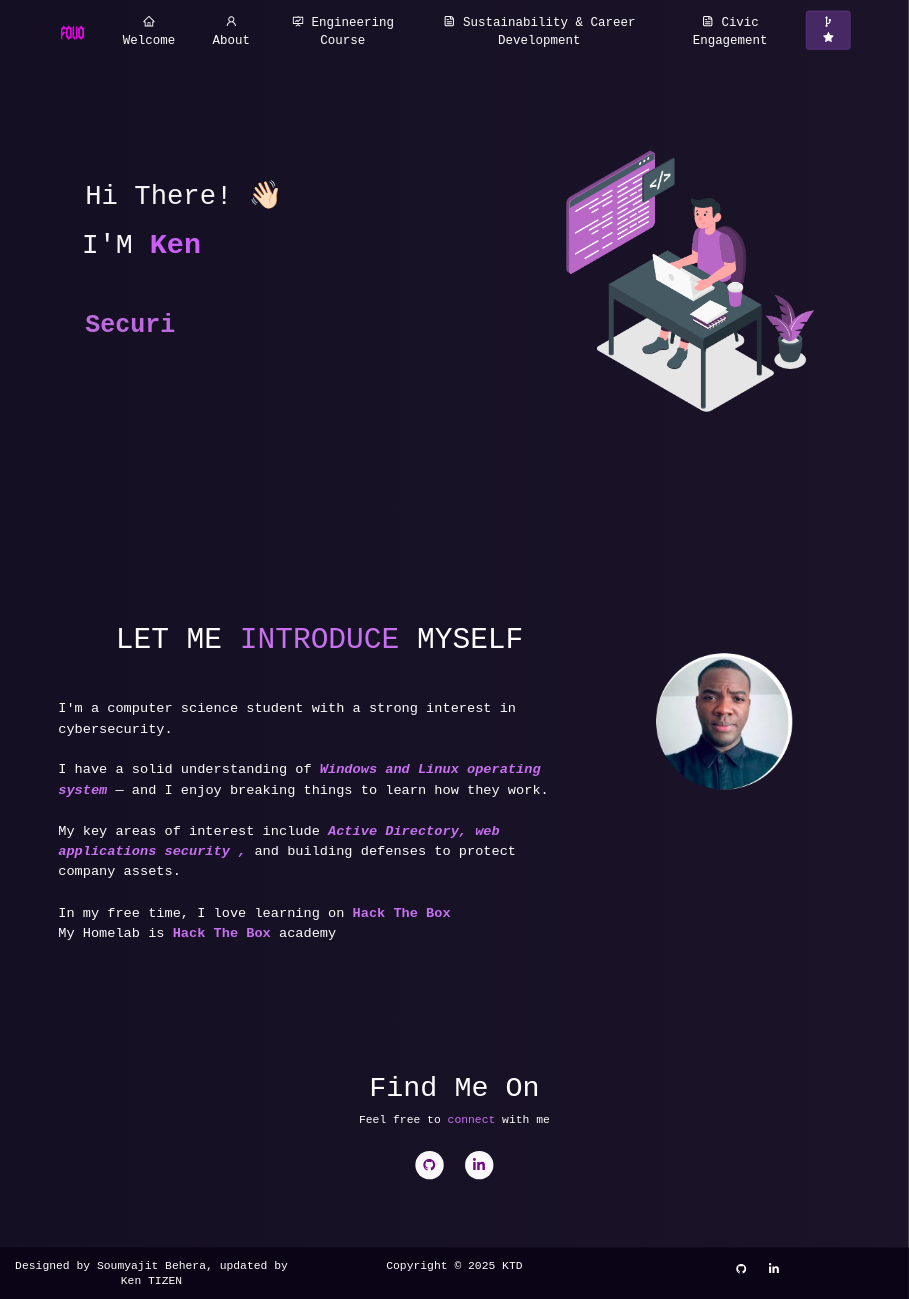
Repository: KenTizen17/ktdportfolio
Page: /
These files come from the project's save history. The page is drawn as it stood at one moment and after the next save; the edit follows.
The browser window is 1280 px wide. The pictures show the whole page, at 71% of full size.
Some web fonts or font styles are not loaded; a fallback is used. The project was rebuilt for these pictures with package versions that can differ from the ones it lists, and the page was loaded fresh each time. Also part of the build but not shown: src/components/About/Github.js, src/components/About/Techstack.js, src/components/About/AboutCard.js, src/components/About/Toolstack.js, src/components/About/About.js, src/components/Projects/ProjectCards.js, src/components/Projects/Projects.js, src/components/Resume/ResumeNew.js and 3 more. Imported but missing from the stored project, and not drawn on this page: src/Assets/CVKEN.pdf, src/Assets/CVKENFrench1.pdf, src/Assets/Ken_TIZEN-CEP.pdf.

Above is the page before, as saved 2025-11-30 18:15:35.

### public/index.html
<!DOCTYPE html>
<html lang="en">
  <head>
    <meta charset="utf-8" />
    <link rel="icon" href="%PUBLIC_URL%/favicon.png" />
    <meta name="viewport" content="width=device-width, initial-scale=1" />
    <meta name="theme-color" content="#000000" />
    <meta
      name="description"
      content="Web site created using create-react-app"
    />
    <link rel="manifest" href="%PUBLIC_URL%/manifest.json" />
    <title>Ken | Portfolio</title>
    <meta name="description" content="Forked website build with React.js" />

    <!-- Google / Search Engine Tags -->
    <meta itemprop="name" content="Ken | Portfolio" />
    <meta itemprop="description" content="Forked website build with React.js" />
    <meta
      itemprop="image"
      content="https://raw.githubusercontent.com/soumyajit4419/Portfolio/master/Images/readme-img.png?token=AK7VCIF5RYEUZZAURELPTAC76U6AK"
    />
  </head>

  <body>
    <noscript>You need to enable JavaScript to run this app.</noscript>
    <div id="root"></div>
  </body>
</html>

### src/App.js
import React, { useState, useEffect } from "react";
import Preloader from "../src/components/Pre";
import Navbar from "./components/Navbar";
import Home from "./components/Home/Home";
import About from "./components/About/About";
import Projects from "./components/Projects/Projects";
import Footer from "./components/Footer";
import Resume from "./components/Resume/ResumeNew";
import Civic from "./components/Civic/Civic";
import {
  BrowserRouter as Router,
  Route,
  Routes,
  Navigate
} from "react-router-dom";
import ScrollToTop from "./components/ScrollToTop";
import "./style.css";
import "./App.css";
import "bootstrap/dist/css/bootstrap.min.css";

function App() {
  const [load, upadateLoad] = useState(true);

  useEffect(() => {
    const timer = setTimeout(() => {
      upadateLoad(false);
    }, 1200);

    return () => clearTimeout(timer);
  }, []);

  return (
    <Router>
      <Preloader load={load} />
      <div className="App" id={load ? "no-scroll" : "scroll"}>
        <Navbar />
        <ScrollToTop />
        <Routes>
          <Route path="/" element={<Home />} />
          <Route path="/project" element={<Projects />} />
          <Route path="/about" element={<About />} />
          <Route path="/resume" element={<Resume />} />
          <Route path="/civic" element={<Civic />} />
          <Route path="*" element={<Navigate to="/"/>} />
        </Routes>
        <Footer />
      </div>
    </Router>
  );
}

export default App;

### src/components/Footer.js
import React from "react";
import { Container, Row, Col } from "react-bootstrap";
import {
  AiFillGithub,
} from "react-icons/ai";
import { FaLinkedinIn } from "react-icons/fa";

function Footer() {
  let date = new Date();
  let year = date.getFullYear();
  return (
    <Container fluid className="footer">
      <Row>
        <Col md="4" className="footer-copywright">
          <h3>Designed by Soumyajit Behera, updated by Ken TIZEN</h3>
        </Col>
        <Col md="4" className="footer-copywright">
          <h3>Copyright © {year} KTD</h3>
        </Col>
        <Col md="4" className="footer-body">
          <ul className="footer-icons">
            <li className="social-icons">
              <a
                href="https://github.com/KenTizen17"
                style={{ color: "white" }}
                target="_blank"
                rel="noopener noreferrer"
              >
                <AiFillGithub />
              </a>
            </li>
            <li className="social-icons">
              <a
                href="www.linkedin.com/in/ken-tizen-djongue"
                style={{ color: "white" }}
                target="_blank"
                rel="noopener noreferrer"
              >
                <FaLinkedinIn />
              </a>
            </li>
          </ul>
        </Col>
      </Row>
    </Container>
  );
}

export default Footer;

### src/style.css
html {
  --section-background-color: linear-gradient(
    to bottom left,
    rgba(17, 16, 16, 0.582),
    rgba(12, 8, 24, 0.904)
  );

  --image-gradient: linear-gradient(
    to bottom left,
    rgba(17, 16, 16, 0.678),
    rgba(12, 10, 22, 0.863)
  );

  --imp-text-color: #c770f0;
}

.purple {
  color: var(--imp-text-color) !important;
}

button:focus {
  box-shadow: none !important;
}

/* --------- */
/*  Preloader */
/* --------- */
#preloader {
  position: fixed;
  top: 0;
  left: 0;
  width: 100%;
  height: 100%;
  z-index: 999999;
  background-color: #0c0513;
  background-image: url(./Assets/pre.svg);
  background-repeat: no-repeat;
  background-position: center;
}

#preloader-none {
  opacity: 0;
}

/* #preloader-none {
  opacity: 0;
  display: none;
} */

#no-scroll {
  overflow: hidden;
  height: 100vh;
}

/* --------- */
/*Scrollbar   */
/* --------- */

::-webkit-scrollbar {
  width: 7px;
}

/* Track */
::-webkit-scrollbar-track {
  background: #2d1950;
}

/* Handle */
::-webkit-scrollbar-thumb {
  background: rgba(178, 121, 216, 0.959);
  border-radius: 12px;
}

/* Handle on hover */
::-webkit-scrollbar-thumb:hover {
  background: rgba(222, 130, 235, 0.911);
  border-radius: 12px;
}

/* --------- */
/* Navbar Section  */
/* --------- */
.sticky {
  background-color: #1b1a2ea9 !important;
  transition: all 0.3s ease-out 0s !important;
  box-shadow: 0px 10px 10px 0px rgba(9, 5, 29, 0.171) !important;
  backdrop-filter: blur(15px) !important;
}

.navbar {
  position: fixed !important;
  transition: all 0.3s ease-out 0s !important;
  padding: 0.3rem 2rem !important;
  font-size: 1.1rem !important;
}

.navbar-toggler {
  position: relative !important;
  background-color: transparent !important;
  border-color: transparent !important;
}

.navbar-toggler span {
  display: block !important;
  background-color: #be50f4 !important;
  height: 4px !important;
  width: 27px !important;
  margin-top: 5px !important;
  margin-bottom: 5px !important;
  transform: rotate(0deg) !important;
  left: 0 !important;
  opacity: 1 !important;
}

.navbar-toggler:focus,
.navbar-toggler:active {
  outline: 0 !important;
}

.navbar-toggler span:nth-child(1),
.navbar-toggler span:nth-child(3) {
  transition: transform 0.35s ease-in-out !important;
  transition: transform 0.35s ease-in-out !important;
}

.navbar-toggler:not(.collapsed) span:nth-child(1) {
  position: absolute !important;
  left: 12px !important;
  top: 10px !important;
  transform: rotate(135deg) !important;
  opacity: 0.9 !important;
}

.navbar-toggler:not(.collapsed) span:nth-child(2) {
  height: 12px !important;
  visibility: hidden !important;
  background-color: transparent !important;
}

.navbar-toggler:not(.collapsed) span:nth-child(3) {
  position: absolute !important;
  left: 12px !important;
  top: 10px !important;
  transform: rotate(-135deg) !important;
  opacity: 0.9 !important;
}

@media (max-width: 767px) {
  .navbar {
    padding: 1rem 2rem !important;
    font-size: 1.4rem !important;
    background-color: #181a27 !important;
  }
  .navbar-nav .nav-item a::after {
    display: none !important;
  }
}
.navbar-brand {
  color: rgb(250, 250, 250) !important;
}

.logo {
  height: 1.4em !important;
  width: 2.5em !important;
}

.navbar-nav .nav-link {
  color: white !important;
  padding-right: 1rem !important;
  padding-left: 1rem !important;
}

.nav-link {
  padding: 0.8rem 1rem !important;
}

@media (max-width: 767px) {
  .nav-link {
    padding: 0.7rem 1rem !important;
  }
}

.navbar-nav .nav-item {
  position: relative;
  margin-left: 20px;
}

.navbar-nav .nav-item a {
  font-weight: 400;
  transition: all 0.3s ease-out 0s;
  position: relative;
  z-index: 1;
}

.navbar-nav .nav-item a::after {
  content: "";
  position: relative;
  display: block;
  height: 5px;
  width: 0;
  border-radius: 16px;
  background: #c95bf5;
  bottom: 1px;
  left: 0;
  z-index: -1;
  transition: all 0.3s ease-out 0s;
}

.navbar-nav .nav-item a:hover::after {
  width: 100%;
}

/* --------- */
/* Home section */
/* --------- */
.wave {
  animation-name: wave-animation; /* Refers to the name of your @keyframes element below */
  animation-duration: 2.1s; /* Change to speed up or slow down */
  animation-iteration-count: infinite; /* Never stop waving :) */
  transform-origin: 70% 70%; /* Pivot around the bottom-left palm */
  display: inline-block;
}

@keyframes wave-animation {
  0% {
    transform: rotate(0deg);
  }
  10% {
    transform: rotate(14deg);
  } /* The following five values can be played with to make the waving more or less extreme */
  20% {
    transform: rotate(-8deg);
  }
  30% {
    transform: rotate(14deg);
  }
  40% {
    transform: rotate(-4deg);
  }
  50% {
    transform: rotate(10deg);
  }
  60% {
    transform: rotate(0deg);
  } /* Reset for the last half to pause */
  100% {
    transform: rotate(0deg);
  }
}
#tsparticles {
  position: fixed !important;
  background-repeat: no-repeat !important;
  background-size: cover !important;
  width: 100%;
  height: 100%;
}

.home-header {
  padding-top: 80px !important;
}

.home-section {
  position: relative;
  z-index: -1;
  /* background-image: var(--image-gradient), url(./Assets/home-bg.jpg); */
  background-position: top center;
  background-repeat: no-repeat;
  padding-bottom: 30px !important;
  padding-top: 30px !important;
}

.home-content {
  padding: 9rem 0 2rem !important;
  color: whitesmoke;
  text-align: left;
}

.heading {
  font-size: 2.4em !important;
  padding-left: 50px !important;
}

.heading-name {
  font-size: 2.5em !important;
  padding-left: 45px !important;
}

.main-name {
  color: #cd5ff8;
}

.Typewriter__wrapper {
  font-size: 2.2em !important;
  color: #be6adf !important;
  font-weight: 600 !important;
}
.Typewriter__cursor {
  font-size: 2.4em !important;
  color: #b562d6 !important;
}

@media (max-width: 767px) {
  .Typewriter__wrapper {
    font-size: 1.4em !important;
    font-weight: 500 !important;
    position: absolute !important;
  }
  .Typewriter__cursor {
    display: none !important;
  }
}

.myAvtar {
  justify-content: center !important;
  padding-top: 9em !important;
}

@media (max-width: 767px) {
  .myAvtar {
    padding-top: 2em !important;
    padding-bottom: 2em !important;
  }
}

.home-about-section {
  position: relative;
  padding-bottom: 70px !important;
  padding-top: 70px !important;
}

.home-about-description {
  color: white !important;
  padding-top: 100px !important;
  padding-bottom: 20px !important;
  text-align: center;
}

.home-about-body {
  padding-top: 50px;
  font-size: 1.2em !important;
  text-align: left;
}

.home-about-social {
  text-align: center !important;
  padding-top: 25px;
  color: white !important;
}

.home-about-social-links {
  justify-content: center !important;
  padding-top: 15px !important;
  display: inline-block !important;
  position: relative !important;
  padding-inline-start: 0 !important;
}

.home-social-icons {
  position: relative !important;
  display: inline-block !important;
  width: 40px !important;
  height: 40px !important;
  text-align: center !important;
  font-size: 1.2em !important;
  line-height: 2em !important;
  background: rgba(255, 255, 255, 0.972) !important;
  border-radius: 50% !important;
  transition: 0.5s !important;
}

.home-social-icons::before {
  content: "";
  position: absolute;
  top: 0;
  left: 0;
  width: 100%;
  height: 100%;
  border-radius: 50%;
  background: #68187a;
  transition: 0.5s;
  transform: scale(0.9);
  z-index: -1;
}

.home-social-icons:hover::before {
  transform: scale(1.1);
  box-shadow: 0 0 15px #801f95;
}

.home-social-icons:hover {
  color: #87209e;
  box-shadow: 0 0 5px #87209e;
  text-shadow: 0 0 2px #87209e;
}

.social-icons {
  display: inline-block !important;
  padding-right: 15px;
  padding-left: 15px;
}

.icon-colour {
  color: #700c86 !important;
}

/* --------- */
/* Footer */
/* --------- */
.footer {
  background-color: rgb(10, 4, 22);
  bottom: 0 !important;
  padding-top: 10px !important;
  padding-bottom: 8px !important ;
}
.footer-copywright {
  text-align: center !important;
}

.footer-body {
  z-index: 1;
  text-align: center !important;
}

@media (max-width: 767px) {
  .footer-copywright {
    text-align: center !important;
  }

  .footer-body {
    text-align: center !important;
  }
}

.footer h3 {
  font-size: 1em;
  color: white !important;
  margin-top: 0.5em !important;
  margin-bottom: 0.5em !important;
}
.footer-icons {
  margin-top: 0.5em !important;
  margin-bottom: 0.5em !important;
  padding: 0 !important;
}

.blockquote-footer {
  color: #a588c0 !important;
}
/* --------- */
/* Projects */
/* --------- */
.project-section {
  position: relative !important;
  padding-top: 150px !important;
  padding-bottom: 30px !important;
  background-image: var(--section-background-color) !important;
}

.project-card {
  padding-top: 50px !important;
  padding-bottom: 50px !important;
  padding-left: 25px !important;
  padding-right: 25px !important;
  height: auto !important;
}

.project-card-view {
  box-shadow: 0 4px 5px 3px rgba(119, 53, 136, 0.459) !important;
  color: white !important;
  background-color: transparent !important;
  opacity: 0.9 !important;
  transition: all 0.5s ease 0s !important;
  height: 100% !important;
}
.project-card-view:hover {
  transform: scale(1.02) !important;
  overflow: hidden !important;
  box-shadow: 0 4px 4px 5px rgba(129, 72, 144, 0.561) !important;
}

.blog-card {
  padding-top: 50px !important;
  padding-bottom: 50px !important;
  padding-left: 25px !important;
  padding-right: 25px !important;
  height: auto !important;
}

.blog-card-view {
  background-color: transparent !important;
  box-shadow: 0 3px 3px 2px rgba(145, 77, 161, 0.459) !important;
  color: white !important;
  transition: all 0.5s ease 0s !important;
  height: 100% !important;
}

.blog-link {
  color: white !important;
  text-decoration: none !important;
}

.blog-link:hover {
  cursor: pointer !important;
}

.blog-card-view:hover {
  transform: scale(1.02) !important;
  overflow: hidden !important;
  box-shadow: 0 3px 3px 5px rgba(155, 88, 173, 0.65) !important;
}

.card-img-top {
  padding: 20px !important;
  opacity: 0.8 !important;
  border-radius: 10px !important;
}

.blog-img {
  padding: 0px !important;
  opacity: 0.8 !important;
  border-radius: 0px !important;
}

.btn-primary {
  color: #fff !important;
  background-color: #623686 !important;
  border-color: #623686 !important;
}

.btn-primary:hover {
  color: #fff !important;
  background-color: #6d20c5d7 !important;
  border-color: #6d20c5d7 !important;
}
.btn:focus {
  outline: none !important;
  box-shadow: none !important;
}
.project-heading {
  color: white !important;
  font-size: 2.3em !important;
  font-weight: 500 !important;
  padding-top: 10px !important;
}

/* --------- */
/* About */
/* --------- */

.about-section {
  position: relative !important;
  padding-top: 150px !important;
  padding-bottom: 30px !important;
  /* background-image: var(--section-background-color) !important; */
  color: white !important;
}

.tech-icons {
  display: flex !important;
  align-self: center !important;
  justify-content: center !important;
  font-size: 1rem !important;
  margin: 15px !important;
  padding: 10px 20px !important;
  opacity: 0.93 !important;
  outline: 1.7px solid rgba(200, 137, 230, 0.637) !important;
  vertical-align: middle !important;
  text-align: center !important;
  border-radius: 24px !important;
  box-shadow: 4px 5px 4px 3px rgba(89, 4, 168, 0.137) !important;
  overflow: hidden !important;
  transition: all 0.4s ease 0s !important;
  width: fit-content !important;
  cursor: pointer !important;
  transition: outline-color 0.3s, outline-width 0.3s, transform 0.3s;
  color: white;
}

.tech-icons-text {
  display: flex;
  align-items: center;
  margin-left: 10px;
  color: white;
}

@media (max-width: 767px) {
  .tech-icons {
    margin: 10px !important;
  }
}

.tech-icons:hover {
  transform: scale(1.05) !important;
  overflow: hidden !important;
  outline: 2.2px solid rgba(197, 115, 230, 0.883) !important;
}
.tech-icon-images {
  height: 1.6rem;
  line-height: 1.6 !important;
}

.quote-card-view {
  border: none !important;
  color: white !important;
  background-color: transparent !important;
}

.about-activity {
  list-style: none !important;
  text-align: left !important;
  padding-left: 1px !important;
}

@media (max-width: 767px) {
  .about-img {
    padding-top: 0 !important;
  }
}
/* --------- */
/* Resume */
/* --------- */

.resume-section {
  position: relative !important;
  padding-top: 110px !important;
  padding-bottom: 30px !important;
  background-image: var(--section-background-color) !important;
  color: white !important;
}

.resume {
  padding-top: 50px;
  padding-bottom: 50px;
  justify-content: center;
}

.resume-left {
  padding-right: 80px !important;
}

.resume-right {
  padding-left: 80px !important;
}

@media (max-width: 767px) {
  .resume-left {
    padding-right: 15px !important;
    padding-left: 15px !important;
  }

  .resume-right {
    padding-right: 15px !important;
    padding-left: 15px !important;
  }
}
.resume .resume-title {
  font-size: 2em;
  font-weight: 700;
  padding-top: 30px;
  padding-bottom: 30px;
}

.resume .resume-item {
  padding: 0 0 10px 25px;
  margin-top: -2px;
  border-left: 2px solid #8a49a8;
  position: relative;
}

.resume .resume-item .resume-title {
  line-height: 18px;
  font-size: 0.9em;
  background: #5234795d;
  padding: 8px 15px;
  display: inline-block;
  font-weight: 600;
  margin-bottom: 10px;
}

.resume .resume-item ul {
  padding-left: 20px;
  text-align: justify;
}

.resume .resume-item ul li {
  padding-bottom: 10px;
  list-style: none;
}

.resume .resume-item:last-child {
  padding-bottom: 0;
}

.resume .resume-item::before {
  content: "";
  position: absolute;
  width: 16px;
  height: 16px;
  border-radius: 50px;
  left: -9px;
  top: 0;
  background: #fff;
  border: 2px solid #8a49a8;
}

.like-item {
  padding-top: 10px !important;
  font-size: 1.1em !important;
  font-family: sans-serif !important;
}

.like-btn {
  background-color: #934cce5e !important;
  border-color: #934cce5e !important;
  padding: 0.25rem 0.98rem !important;
  border-radius: 5px !important;
  line-height: 1.4 !important;
  transition: 0.3s ease !important;
}

.like-btn:hover {
  transform: translateY(-2px) !important;
  background-color: #a24dd386 !important;
  border-color: #a24dd386 !important;
}

.animate-like {
  animation-name: likeAnimation;
  animation-fill-mode: forwards;
  animation-duration: 0.85s;
}
@keyframes likeAnimation {
  0% {
    transform: scale(1.5);
  }
  100% {
    transform: scale(1);
  }
}

.fork-btn {
  font-size: 1.1em !important;
  padding-top: 10px !important;
}

.fork-btn-inner {
  line-height: 1.4em !important;
  background-color: #934cce5e !important;
  padding: 0.25rem 1.1rem !important;
  vertical-align: middle !important;
  text-align: center !important;
}

.fork-btn-inner:hover {
  transform: translateY(-2px) !important;
  background-color: #a24dd386 !important;
  border-color: #a24dd386 !important;
}
.fork-btn-inner::after {
  display: none !important;
}

### src/components/Particle.js
import React from "react";
import Particles from "react-tsparticles";

function Particle() {
  return (
    <Particles
      id="tsparticles"
      params={{
        particles: {
          number: {
            value: 160,
            density: {
              enable: true,
              value_area: 1500,
            },
          },
          line_linked: {
            enable: false,
            opacity: 0.03,
          },
          move: {
            direction: "right",
            speed: 0.05,
          },
          size: {
            value: 1,
          },
          opacity: {
            anim: {
              enable: true,
              speed: 1,
              opacity_min: 0.05,
            },
          },
        },
        interactivity: {
          events: {
            onclick: {
              enable: true,
              mode: "push",
            },
          },
          modes: {
            push: {
              particles_nb: 1,
            },
          },
        },
        retina_detect: true,
      }}
    />
  );
}

export default Particle;

### src/components/Home/Home2.js
import React from "react";
import { Container, Row, Col } from "react-bootstrap";
import myImg from "../../Assets/image.png";
import Tilt from "react-parallax-tilt";

function Home2() {
  return (
    <Container fluid className="home-about-section" id="about">
      <Container>
        <Row>
          <Col md={8} className="home-about-description">
            <h1 style={{ fontSize: "2.6em" }}>
              LET ME <span className="purple"> INTRODUCE </span> MYSELF
            </h1>
            <p className="home-about-body">
            I'm a computer science student with a strong interest in cybersecurity.
              <br />
              <br />
              I have a solid understanding of
              <i>
                <b className="purple">
                  {" "}
                  Windows and Linux operating system{" "}
                </b>
              </i>
              — and I enjoy breaking things to learn how they work.
              <br />
              <br />
              My key areas of interest include
              <i>
                <b className="purple">
                  {" "}
                  Active Directory, web applications security ,{" "}
                </b>
              </i>
              and building defenses to protect company assets.
              <br />
              <br />
              In my free time, I love learning on
              <b className="purple"> Hack The Box </b>{" "}
              <br />
              My Homelab is <b className="purple"> Hack The Box </b> academy{" "}

            </p>
          </Col>
          <Col md={4} className="myAvtar">
            <Tilt>
              <img src={myImg} className="img-fluid" alt="avatar" />
            </Tilt>
          </Col>
        </Row>
      </Container>
    </Container>
  );
}
export default Home2;

### src/components/Home/Type.js
import React from "react";
import Typewriter from "typewriter-effect";

function Type() {
  return (
    <Typewriter
      options={{
        strings: [
          "Purple Teamer",
          "Security Engineer",
          "Self Learner",

        ],
        autoStart: true,
        loop: true,
        deleteSpeed: 50,
      }}
    />
  );
}

export default Type;

Loaded but not shown: src/index.js (common file); src/index.css (common file); src/reportWebVitals.js (common file); src/components/Pre.js (common file); src/components/ScrollToTop.js (common file); src/App.css (common file); src/components/Navbar.js (122 lines, source omitted); src/components/Home/Home.js (87 lines, source omitted)

After the next save:
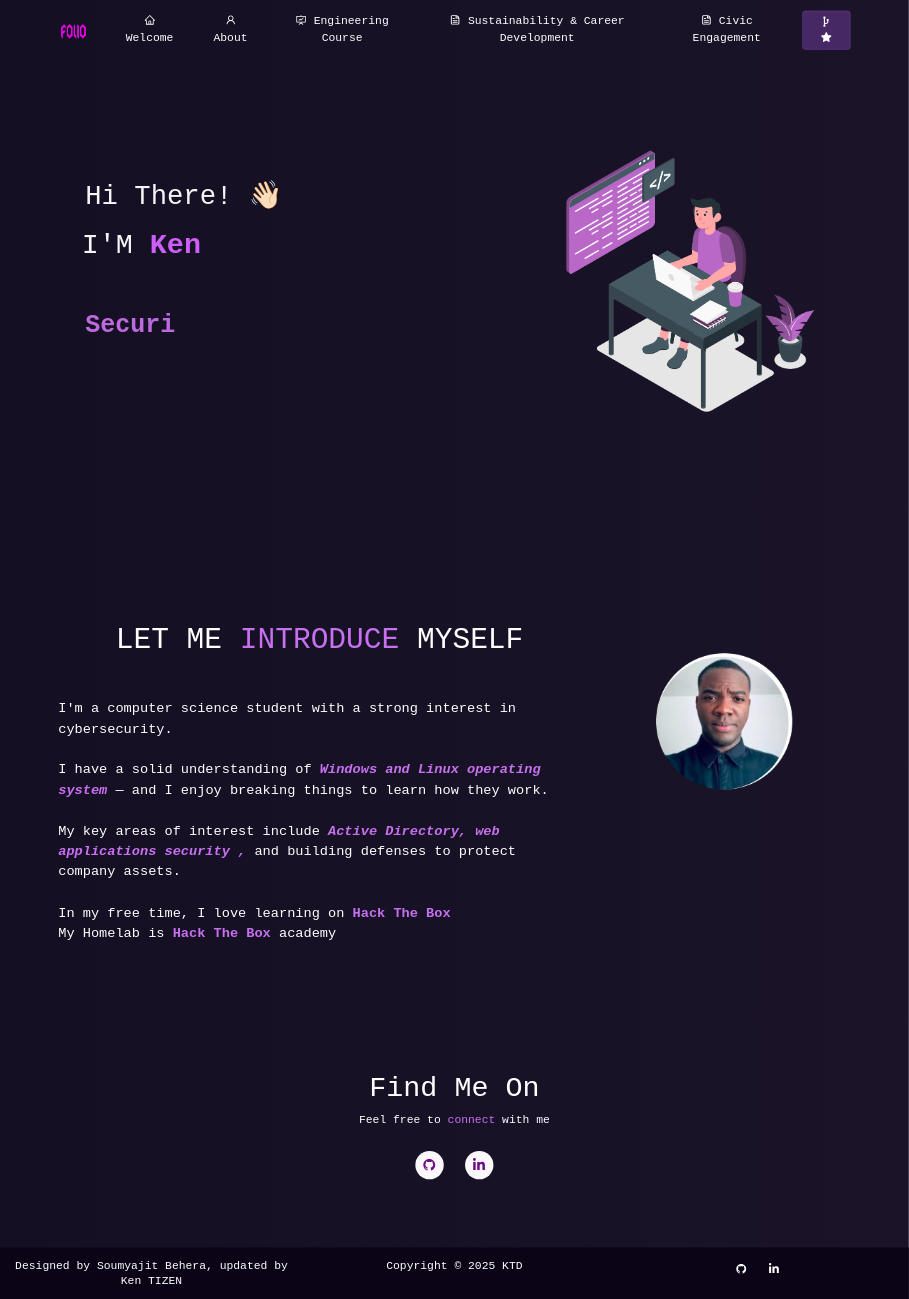
Saved 12 s later.
--- a/src/style.css
+++ b/src/style.css
@@ -91,7 +91,7 @@ button:focus {
   position: fixed !important;
   transition: all 0.3s ease-out 0s !important;
   padding: 0.3rem 2rem !important;
-  font-size: 1.1rem !important;
+  font-size: 1rem !important;
 }
 
 .navbar-toggler {
